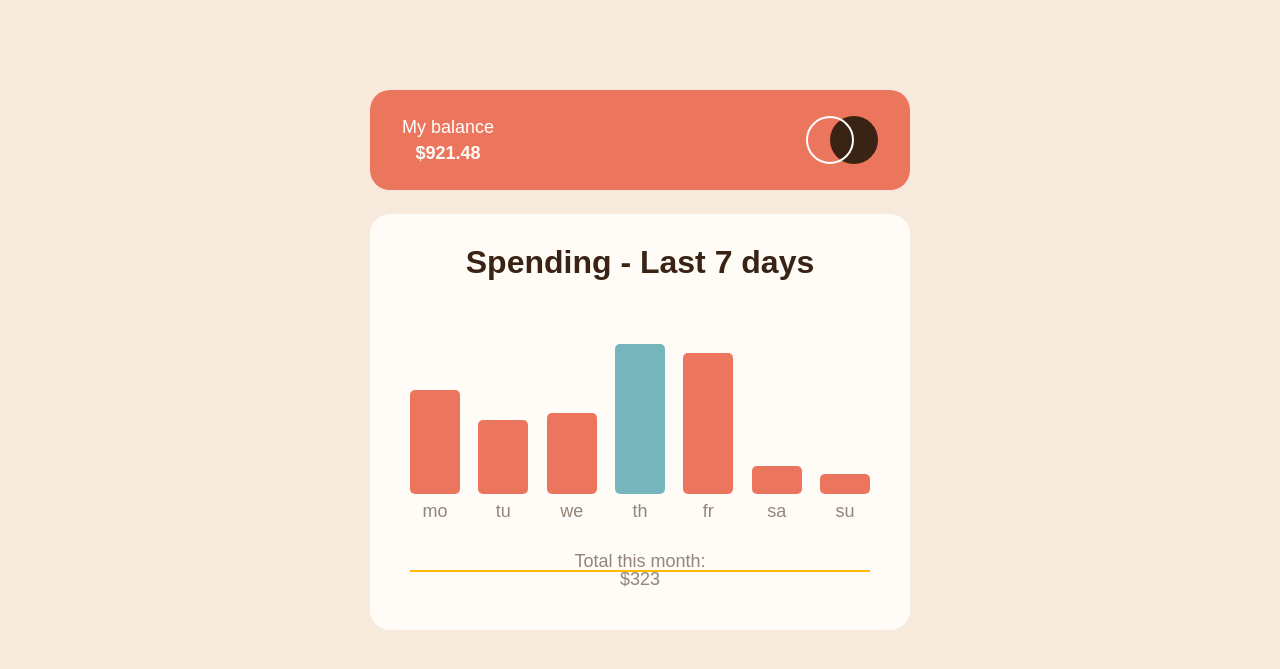
Repository: usmanov16/6-oy-2-dars-
Page: /
The author's editor kept a copy of each file at every save. The page is drawn from the files as they stood at one save, then again after the next save.
The browser window is 1280 px wide. The pictures show the whole page.
The project was rebuilt for these pictures with package versions that can differ from the ones it lists, and the page was loaded fresh each time. Also part of the build but not shown: vite.config.js.

Above is the page before, as saved 2025-08-28 18:59:09.

### index.html
<!doctype html>
<html lang="en">
  <head>
    <meta charset="UTF-8" />
    <link rel="icon" type="image/svg+xml" href="/vite.svg" />
    <meta name="viewport" content="width=device-width, initial-scale=1.0" />
    <title>Vite + React</title>
    <link rel="stylesheet" href="./src/index.css">
  </head>
  <body>
    <div id="root"></div>
    <script type="module" src="/src/main.jsx"></script>
  </body>
</html>

### src/index.css
@import "tailwindcss";

@theme {
  --color-red: #ec755d;
  --color-cream: #f8e9dd;
  --color-card-white: #fffbf6;
  --color-white: #ffffff;
  --color-cyan: #76b5bc;
  --color-medium-brown: #92857a;
  --color-dark-brown: #382314;

  /* font */
  --default-font-family: "DM Sans Variable", sans-serif;
}

@layer base {
  body {
    @apply text-lg text-medium-brown font-normal leading-[1] bg-cream flex items-center justify-center min-h-screen;
  }
}

@layer components {
  .chart-item span {
    display: none;
  }

  .chart-item:hover span {
    display: block;
  }
}

### src/main.jsx

import "./index.css";
// Supports weights 100-900
import '@fontsource-variable/dm-sans';
import { createRoot } from "react-dom/client";
import App from "./App";

createRoot(document.getElementById("root")).render(<App />);

### src/App.jsx

import './App.css'
import React from 'react'
import Card from './components/Card'
import CardTop from './components/CardTop'
import CardBottom from './components/CardBottom'

function App() {
  return (
    <div>
      <Card/>

    </div>
  )
}

export default App

### src/components/Card.jsx

import React from 'react'
import CardTop from './CardTop'
import CardBottom from './CardBottom'

function Card() {
  return (
    <div className='w-[540px] flex flex-col  gap-6'>
        <CardTop/>
        <CardBottom/>
    </div>
  )
}

export default Card

### src/components/CardTop.jsx
import React from 'react'

function CardTop() {
  return (
    <div className='flex items-center justify-between px-8 py-6.5 bg-red rounded-[20px]'>
        <div className='flex flex-col gap-2'>
            <span className='text-white'>My balance</span>
            <span className='font-bold text-card-white text[2rem]'>$921.48</span>
        </div>
        <img src="./rounded.svg" alt="" width={72} height={48} />
    </div>
  )
}

export default CardTop

### src/components/CardBottom.jsx
import React from 'react'

const chartData = [
  {
    id: 1,
    weekdays: "mo",
    value: 56
  },
  {
    id: 2,
    weekdays: "tu",
    value: 40
  },
  {
    id: 3,
    weekdays: "we",
    value: 44
  },
  {
    id: 4,
    weekdays: "th",
    value: 81
  },
  {
    id: 5,
    weekdays: "fr",
    value: 76
  },
  {
    id: 6,
    weekdays: "sa",
    value: 15
  },
  {
    id: 7,
    weekdays: "su",
    value: 11
  }

]

function CardBottom() {
  const [maxChart] = [...chartData].sort((a, b) => {
    return b.value - a.value
  })

  function chartHeight(h) {
    let {value} = maxChart;

    return `${((h  * 100) / value).toFixed(1)}% `
    // return "h-[150px]"
  }

  const total = chartData.reduce((acc, cur) => acc + cur.value, 0)


  return (
    <div className='bg-card-white pt-8 p-10 rounded-[1.25rem]'>
      <h1 className='text-dark-brown font-bold text-[2rem] mb-[66px] '>Spending - Last 7 days</h1>
      <ul className=' w-full flex justify-between gap-2 '>
        {chartData.map((ch) => {

         return (
          <li className='w-[3.125rem] text-center flex flex-col gap-2' key={ch.id}>

          <div className='h-[150px] flex items-end relative'>

            <div style={{height: chartHeight(ch.value) }}
             className={`chart-item rounded-[5px] w-full  ${
              ch.value == maxChart.value ? "bg-cyan" : "bg-red"
            } relative ` }>
              <span className='absolute -top-2 left-[50%] -translate-x-[50%] -translate-y-[100%]'>${ch.value}</span>
            </div>
          </div>
          <span className='w-full mb-8'>{ch.weekdays}</span>
        </li>
         )
        })}
      </ul>
      <span className='w-[460px] h-0.5 bg-card-white'></span>
      <div className='flex flex-col'>
      <span className="text-medium-brown font-normal leading-[1] ">Total this month:</span>
      <span className="bg-amber-400 w-[460px] h-0.5">${total}</span>
      <br />
      </div>
    </div>
  )
}

export default CardBottom

Loaded but not shown: src/App.css (common file)

After the next save:
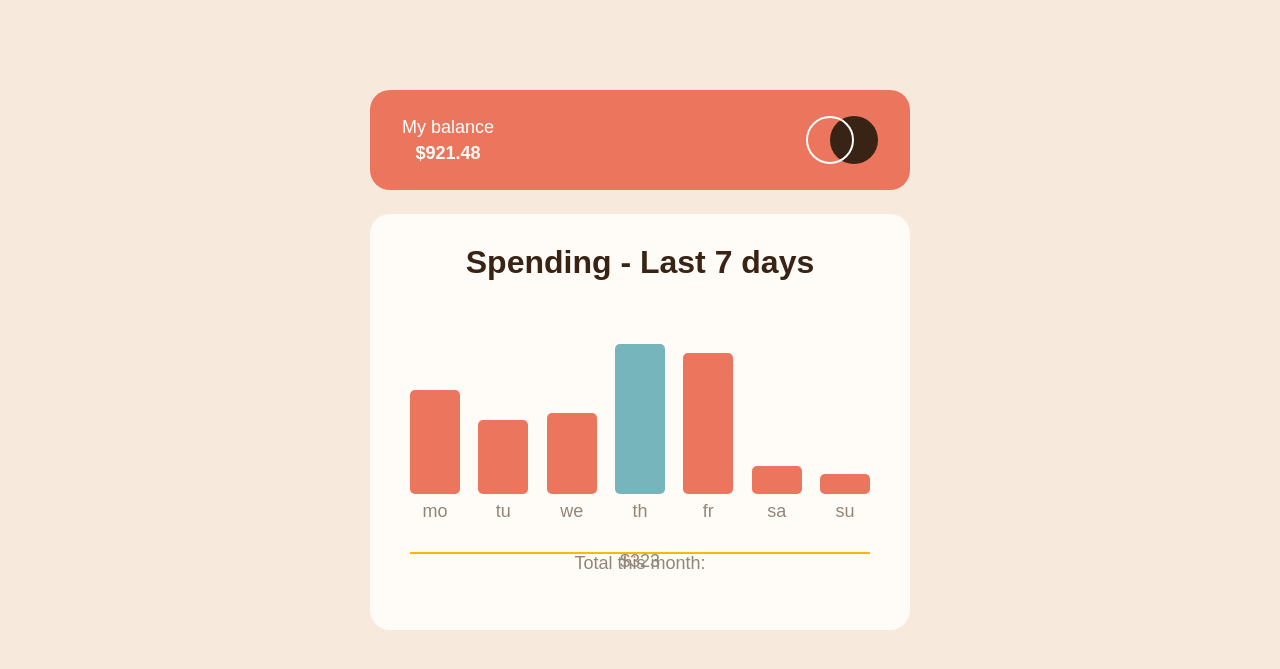
Saved 20 s later.
--- a/src/components/CardBottom.jsx
+++ b/src/components/CardBottom.jsx
@@ -79,8 +79,8 @@ function CardBottom() {
       </ul>
       <span className='w-[460px] h-0.5 bg-card-white'></span>
       <div className='flex flex-col'>
+      <span className="bg-amber-400 w-[460px] h-0.5">${total}</span>
       <span className="text-medium-brown font-normal leading-[1] ">Total this month:</span>
-      <span className="bg-amber-400 w-[460px] h-0.5">${total}</span>
       <br />
       </div>
     </div>
